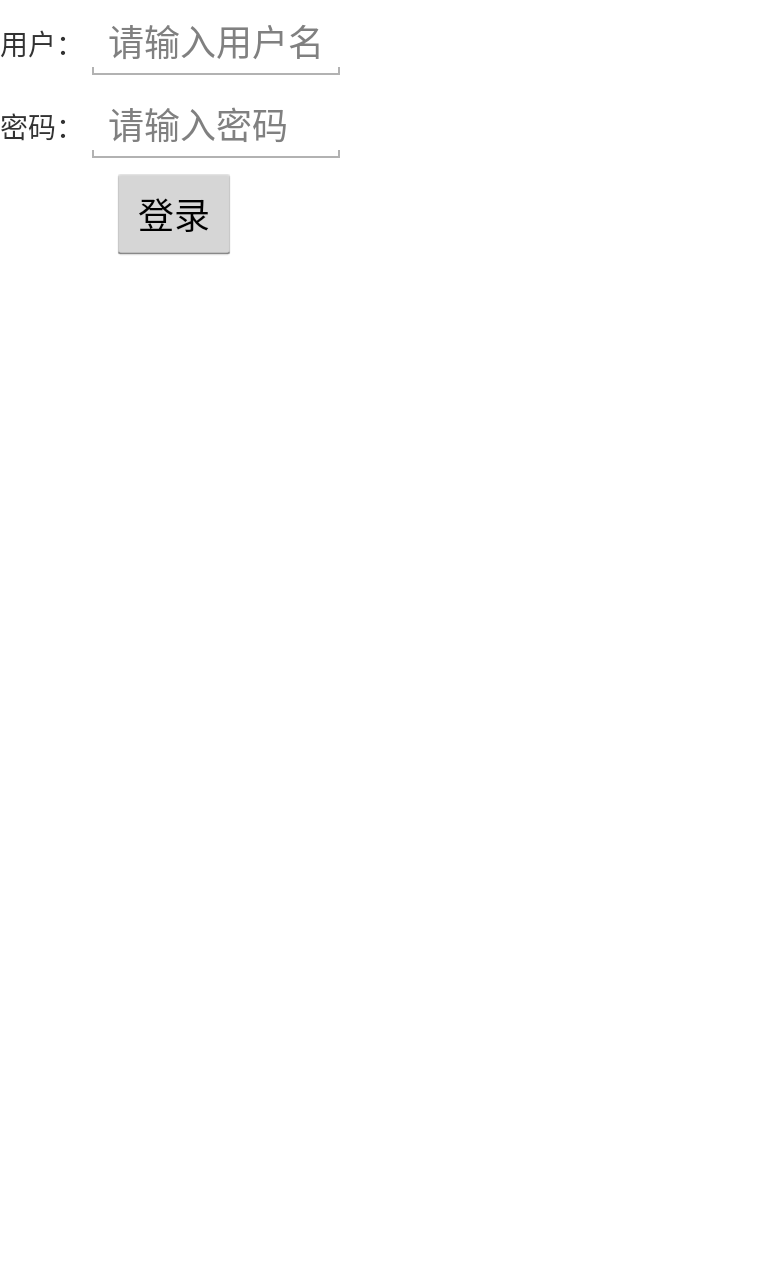
Repository: jinpp/Android
Layout: UILayoutTest/res/layout/talblelayout.xml
An editor plug-in stored every save of this project. The layout is shown before and after the next save, followed by the edit.
It is drawn on a 768 x 1280 px phone screen (xhdpi) without system bars, with theme AppTheme; the app's code is not run.

Above is the layout before, as saved 2016-11-17 01:18:00.

After the next save:
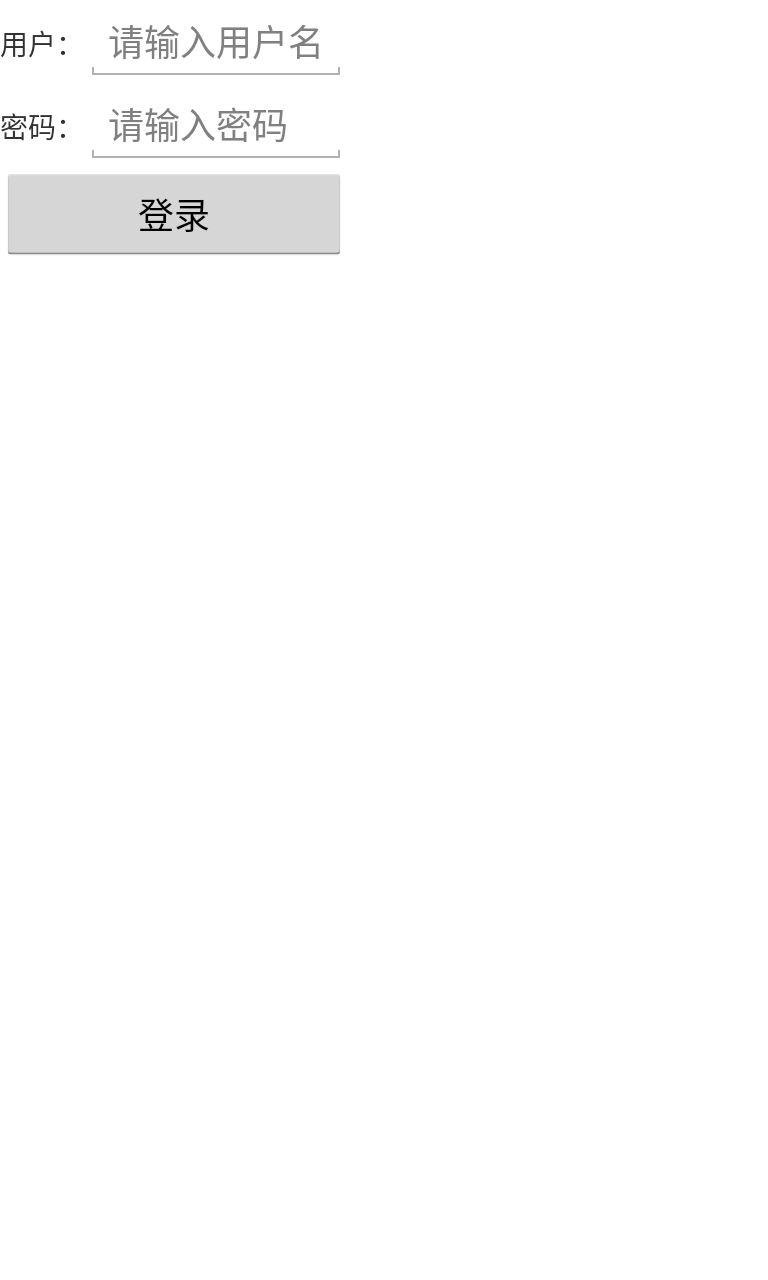
Saved 29 s later.
--- a/UILayoutTest/res/layout/talblelayout.xml
+++ b/UILayoutTest/res/layout/talblelayout.xml
@@ -37,7 +37,7 @@
         <Button
             android:id="@+id/login"
             android:layout_height="wrap_content"
-            android:layout_gravity="center"
+
             android:layout_span="2"
             android:text="登录" />
     </TableRow>
